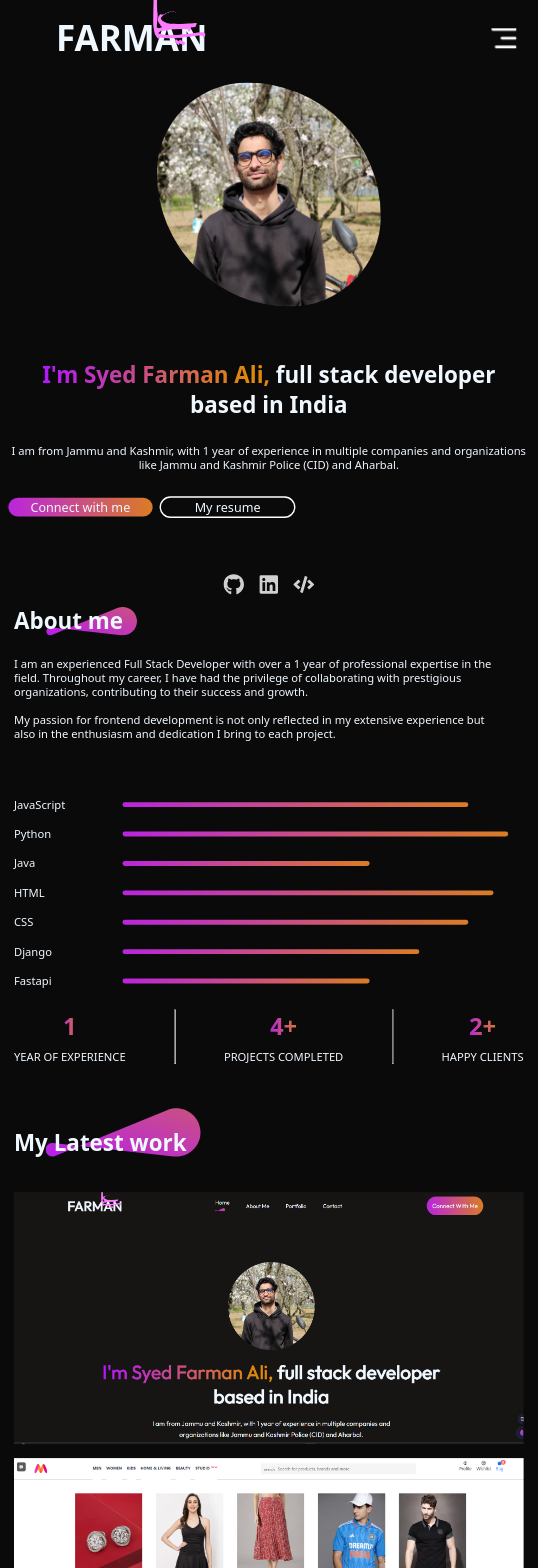
Repository: FARMAN9/portfolio_React
Page: /
These files come from the project's save history. The page is drawn as it stood at one moment and after the next save; the edit follows.
The browser window is 768 px wide. The pictures show the part of the page from y = 0 to 2240 px (the page is 6498 px tall), at 70% of full size.
The project was rebuilt for these pictures with package versions that can differ from the ones it lists, and the page was loaded fresh each time. Also part of the build but not shown: vite.config.js.

Above is the page before, as saved 2024-12-06 18:44:09.

### index.html
<!DOCTYPE html>
<html lang="en">
  <head>
    <meta charset="UTF-8" />
    <link rel="icon" href="\src\assets\farman.png" />
    <meta name="viewport" content="width=device-width, initial-scale=1.0" />
    <title>Portfoilo</title>
    <link rel="preconnect" href="https://fonts.googleapis.com" />
    <link rel="preconnect" href="https://fonts.gstatic.com" crossorigin />
    <link
      href="https://fonts.googleapis.com/css2?family=Outfit&display=swap"
      rel="stylesheet" />
  </head>
  <body>
    <div id="root"></div>

    <script type="module" src="/src/main.jsx"></script>
  </body>
</html>

### src/App.jsx

import NavBar from './Components/Navbar/NavBar'
import Hero from './Components/Hero/Hero'
import About from './Components/About/About'
import MyWork from './Components/MyWork/MyWork'
import Contact from './Components/Contact/Contact'
import Footer from './Components/Footer/Footer'
import React from 'react';

function App() {


  return (
  <>

  <NavBar/>
  <Hero/>
  <About/>
  <MyWork/>
  <Contact/>
  <Footer/>

  </>
  )
}

export default App

### src/index.css

*{
  margin: 0;
  padding: 0;

}
body{
  height: 100vh;

  background: #0a0a0a;
  color: aliceblue;
  font-family: system-ui, -apple-system, BlinkMacSystemFont, 'Segoe UI', Roboto, Oxygen, Ubuntu, Cantarell, 'Open Sans', 'Helvetica Neue', sans-serif;


}

### src/Components/Navbar/NavBar.jsx
import React, { useRef, useState,useEffect } from 'react';
import './Navbar.css';
import ali from '../../assets/ali.png'
import backgound from '../../assets/nav_underline.svg'
import AnchorLink from 'react-anchor-link-smooth-scroll'
import menu_open from '../../assets/menu_open.svg'
import menu_close from '../../assets/menu_close.svg'



function NavBar() {



  const [menu,setMenu]=useState('home')
  const menuRef =useRef();
  const openMenu=()=>{
    menuRef.current.style.right='0'
  }
  const closeMenu=()=>{
    menuRef.current.style.right='-350px'
  }
  return (
    <nav className='navbar'>
      <div className='logo'>
      <AnchorLink className='anchor-link' href='#home'>
      <h1>FARMAN</h1>
      <img src={ali} alt="" />
      </AnchorLink>
      </div>
      <img src={menu_open}  onClick={openMenu} alt="" className='nav-mob-open' />

            <ul ref={menuRef} className='nav-menu'>
            <img src={menu_close} alt="" className='nav-mob-close' onClick={closeMenu}/>
             <li> <AnchorLink className='anchor-link' href='#home'><p onClick={()=>setMenu('home')}>Home</p> </AnchorLink>{menu ==='home' ? <img src ={backgound} alt=''/>:<></> }</li>
             <li><AnchorLink className='anchor-link' offset={50} href='#about'><p onClick={()=>setMenu('about')}>About Me</p></AnchorLink>{menu ==='about' ? <img src ={backgound} alt=''/>:<></> }</li>
             <li><AnchorLink className='anchor-link' offset={50} href='#work'><p onClick={()=>setMenu('work')}>Portfolio</p></AnchorLink>{menu ==='work' ? <img src ={backgound} alt=''/>:<></> }</li>
             <li><AnchorLink className='anchor-link' offset={50} href='#contact'><p onClick={()=>setMenu('contact')}>Contact</p></AnchorLink>{menu ==='contact' ? <img src ={backgound} alt=''/>:<></> }</li>
            </ul>
            <div className="nav-connect"><AnchorLink className='anchor-link' offset={50} href='#contact'>Connect With Me</AnchorLink></div>

    </nav>
  )
}

export default NavBar

### src/Components/Hero/Hero.jsx
import "./Hero.css";
import profile from "../../assets/profile.jpg";
import AnchorLink from "react-anchor-link-smooth-scroll";
import { FaGithub, FaLinkedin, FaCode } from "react-icons/fa";
import React, { useRef, useEffect } from "react";
import gsap from "gsap";
import { ScrollTrigger } from "gsap/ScrollTrigger";

// Register ScrollTrigger plugin
gsap.registerPlugin(ScrollTrigger);

function Hero() {
  return (
    <div id="home" className="hero">
      <img
        // Reference for the image
        src={profile}
        alt="profile"
      />

      <h1>
        <span className="myname">I'm Syed Farman Ali,</span> full stack
        developer based in India
      </h1>
      <p>
        I am from Jammu and Kashmir, with 1 year of experience in multiple
        companies and organizations like Jammu and Kashmir Police (CID) and
        Aharbal.
      </p>
      <div className="hero-action">
        <div className="hero-connect">
          <AnchorLink className="anchor-link" offset={50} href="#contact">
            Connect with me
          </AnchorLink>
        </div>
        <a
          className="hero-resume"
          href="https://rxresu.me/farman9/python-django-developer">
          My resume
        </a>
      </div>
      <div className="hero-socials">
        <a
          href="https://github.com/farman9"
          target="_blank"
          rel="noopener noreferrer">
          <FaGithub size={30} />
        </a>
        <a
          href="https://www.linkedin.com/in/farman9"
          target="_blank"
          rel="noopener noreferrer">
          <FaLinkedin size={30} />
        </a>
        <a
          href="https://leetcode.com/u/saeedfarman9/"
          target="_blank"
          rel="noopener noreferrer">
          <FaCode size={30} />
        </a>
      </div>
    </div>
  );
}

export default Hero;

### src/Components/About/About.jsx
import React from 'react'
import'./About.css'
import bac from '../../assets/bac.svg'
import profile from '../../assets/profile.jpg'


function About() {
  const skills = [
    { name: 'JavaScript', value: 70 },
    { name: 'Python', value: 80 },
    { name: 'Java', value: 50 },
    { name: 'HTML', value: 75 },
    { name: 'CSS', value: 70 },
    { name: 'Django', value: 60 },
    { name: 'Fastapi', value: 50 },

  ];

  return (
    <div id='about' className='about'>

        <div className="about-title">
            <h1>About me</h1>
            <img src={bac} alt="" />
        </div>
        <div className="about-sections">
        <div className="about-left">
        <img src={profile} alt="" />
       </div>
       <div className="about-right">
       <div className="about-para">
        <p>I am an experienced Full Stack Developer with over a 1 year of professional expertise in the field. Throughout my career, I have had the privilege of collaborating with prestigious organizations, contributing to their success and growth.</p>
        <p>My passion for frontend development is not only reflected in my extensive experience but also in the enthusiasm and dedication I bring to each project.</p>
       </div>
       <div className="about-skills">
        {
            skills.map((skill)=><div className="about-skill" key={skill.name}><p>{skill.name}</p><hr style={{width:`${skill.value}%`}} /></div>)
        }

      </div>
        </div>
        </div>
        <div className="about-achievements">
<div className="about-achievement">
<h1>1</h1>
<p>YEAR OF EXPERIENCE</p>
</div>
<hr />
<div className="about-achievement">
<h1>4+</h1>
<p>PROJECTS COMPLETED</p>
</div>
<hr />
<div className="about-achievement">
<h1>2+</h1>
<p>HAPPY CLIENTS</p>
</div>
</div>
    </div>
  )
}

export default About

### src/Components/MyWork/MyWork.jsx
import React, { useImperativeHandle } from "react";
import "./MyWork.css";
import bac from "../../assets/bac.svg";
import soon from "../../assets/coming_soon.gif";
import port_react from "../../assets/projects/portfilo_react.png";
import myntra from "../../assets/projects/mytra.png";
import youtube from "../../assets/projects/yt.png";
import djano_port from "../../assets/projects/django_port.png";
import dpt from "../../assets/projects/dpt.png";
import nws from "../../assets/projects/news.png";
import citycabs from "../../assets/projects/citycabs.png";

function MyWork() {
  const mywork_data = [
    {
      w_no: 1,
      w_name: "portfolio_React",
      w_img: port_react,
      link: "https://github.com/FARMAN9/portfolio_React",
    },
    {
      w_no: 2,
      w_name: "mytra",
      w_img: myntra,
      link: "https://github.com/FARMAN9/myntra-clone-",
    },
    {
      w_no: 3,
      w_name: "youtube",
      w_img: youtube,
      link: "https://github.com/FARMAN9/youtube-clone",
    },
    {
      w_no: 4,
      w_name: "portfoilo_django",
      w_img: djano_port,
      link: "https://github.com/FARMAN9/portfoilo_django",
    },
    {
      w_no: 5,
      w_name: "DPS",
      w_img: dpt,
      link: "https://github.com/FARMAN9/Diabetes-prediction",
    },
    {
      w_no: 6,
      w_name: "oldNews_paper ",
      w_img: nws,
      link: "https://oldnews-paper.vercel.app/",
    },
    {
      w_no: 7,
      w_name: "citycabs",
      w_img: citycabs,
      link: "https://www.citycabs.live/",
    },
    {
      w_no: 8,
      w_name: "soon",
      w_img: soon,
      link: "/",
    },
  ];
  return (
    <div id="work" className="mywork">
      <div className="mywork-title">
        <h1>My Latest work</h1>
        <img src={bac} alt="" />
      </div>

      <div className="mywork-container">
        {mywork_data.map((data, index) => {
          return (
            <div key={index}>
              <p
                className="name"
                style={{ fontSize: "1rem", color: "#333", zIndex: 12 }}>
                {data.name}
              </p>
              <a href={data.link}>
                <img src={data.w_img} alt="" />
              </a>
            </div>
          );
        })}
      </div>
    </div>
  );
}

export default MyWork;

### src/Components/Contact/Contact.jsx
import React from 'react'
import './Contact.css'
import bac from '../../assets/bac.svg'
import call from '../../assets/call.svg'
import mail from '../../assets/mail.svg'
import loc from '../../assets/loc.svg'

const mykey = "fc7158de-ce59-41ff-9c1e-672e25c721db"

function Contact() {
  const [result, setResult] = React.useState("");
  const [alertVisible, setAlertVisible] = React.useState(false);

  const onSubmit = async (event) => {
    event.preventDefault();
    setResult("Sending....");
    const formData = new FormData(event.target);

    formData.append("access_key", mykey);

    const response = await fetch("https://api.web3forms.com/submit", {
      method: "POST",
      body: formData
    });

    const data = await response.json();

    if (data.success) {
      setResult("Email Send Successfully \n Thanks😇");
      setAlertVisible(true);
      event.target.reset();
    } else {
      console.log("Error", data);
      setResult(data.message);
      setAlertVisible(true);
    }
  };

  const closeAlert = () => {
    setAlertVisible(false);
    setResult("");
  };

  return (
    <div id='contact' className='contact'>
      <div className='contact-title'>
        <h1>Get in touch</h1>
        <img src={bac} alt="" />
      </div>
      <div className='contact-section'>
        <div className='contact-left'>
          <h1>Let's talk</h1>
          <p>I'm currently available to take on new projects, so feel free to send me a message about anything that you want me to work on. You can contact anytime.</p>
          <div className="contact-details">
            <div className="contact-detail">
              <img src={mail} alt="" /> <p>saeedfarman9@gmail.com</p>
            </div>
            <div className="contact-detail">
              <img src={call} alt="" /><p>+916005943382</p>
            </div>
            <div className="contact-detail">
              <img src={loc} alt="" /><p>Jammu & Kashmir, India</p>
            </div>
          </div>
        </div>
        <div>
          <form onSubmit={onSubmit} className='contact-right'>
            <label htmlFor=""> Your Name</label>
            <input type="text" placeholder='Enter your name' name='name' />
            <label htmlFor=""> Your Email</label>
            <input type="email" placeholder='Enter your email' name='email' />
            <label htmlFor=""> Write your message here</label>
            <textarea placeholder='Enter your message' rows='8' name='message'></textarea>
            <button className='contact-submit' type='submit'>Submit now</button>
          </form>
        </div>
      </div>

      {alertVisible && (
        <div className="custom-alert">
          <div className="custom-alert-content">
            <p>{result}</p>
            <button onClick={closeAlert}>Close</button>
          </div>
        </div>
      )}
    </div>
  )
}

export default Contact

### src/Components/Footer/Footer.jsx
import React from "react";
import "./Footer.css";
import ali from "../../assets/ali.png";
import AnchorLink from 'react-anchor-link-smooth-scroll'

function Footer() {
  return (
    <div className="footer">
      <div className="footer-top">
        <div className="footer-top-left">
          <div className="logo">
          <AnchorLink className='anchor-link' offset={50} href='#home'>
            <h1>FARMAN</h1>
            <img src={ali} alt="" />
            </AnchorLink>
          </div>

        </div>
        <p>
        I wanted to take a moment to thank you for visiting my portfolio. Your time and interest in my work are truly appreciated.
        If you have any feedback, questions, or opportunities you'd like to discuss, please don't hesitate to reach out. I'm always eager to connect and explore new possibilities.
          </p>
        <div className="footer-top-right">

        </div>

        </div>
        <hr />

        <div className="footer-bottom">
          <p className="footer-bottm-left">
            {" "}
            © 2024 Syed Farman Ali. All rights reserved.{" "}
          </p>

          <div className="footer-bottom-right">
            <p>Term of Services</p>
            <p>Privacy Policy</p>
            <AnchorLink className='anchor-link' offset={50} href='#contact'> <p>Connect with me</p></AnchorLink>
          </div>
        </div>

    </div>
  );
}

export default Footer;

### src/Components/Navbar/Navbar.css
.navbar{
display: flex ;
align-items: center;
justify-content: space-between;
margin: 20px 170px;
}
.nav-menu{
    display: flex;
    align-items: center;
    list-style: none;
    gap:60px;
    font-size: 20px;

}
.nav-connect
{
    padding: 20px;
    border-radius: 50px;
    background: linear-gradient(267deg,#DA7C25 0.36%,#B923E1 102.0% );
    font-size:22px ;
    cursor: pointer;
    transition: 0.5s;

}
.nav-connect:hover
{
   transform: scale(1.05);

}



.logo{
    position: relative;
    }
.logo h1{
    padding: 0px 30px;
    font-size: 50px;
    font-weight: 600%;
    z-index: -1;

    }


.logo img{
    position: absolute;
    bottom:0;
    right: 0;

    width: 150px;
    height: 150px;

}

.anchor-link{
   text-decoration: none;
   color: aliceblue;
}
.nav-mob-close
{
    display: none;
}
.nav-mob-open{
    display: none;
}


@media(max-width:768px) {
    .navbar{
        margin: 20px 50px;
    }
    .nav-connect{
        display: none;
    }
    .nav-mob-open{
        display: block;
        position: fixed;
        right: 30px;
    }
    .nav-mob-close{
        display: block;
        position: relative;
        top: 30px;
        left: 110px;
        width: 30px;


    }
    .nav-menu{
        position: fixed;
        flex-direction: column;
        align-items: center;
        top:0;
        gap:30px;
        background-color: #1f0016;
        width: 350px;
        height: 100%;
        z-index: 2;
        transition: right 0.5s;
        right: -350px;
    }
    .nav-menu li{
        font-size: 30px;

        padding-left: 0;
        flex-direction: row;
        gap:20px;

    }

}

### src/Components/Hero/Hero.css
.hero {
  display: flex;
  flex-direction: column;
  align-items: center;
  gap: 35px;
}
.hero img {
  margin-top: 50px;
  border-radius: 50% 60%;
  width: 20rem;
  height: 20rem;
  position: relative;

  overflow: hidden; /* Hide overflow */

  z-index: 1; /* Make sure the image appears above the border */
  animation: borderchange 10s infinite; /* Animation duration and repetition */
}

/* Animated border wrapper */

/* Animated border effect */

/* Keyframes for border animation */
/* Animated border effect */

/* Keyframes for border animation */
@keyframes borderchange {
  0% {
    border-radius: 20% 40%; /* Initial radius */ /* Initial width */
    border-color: rgba(255, 255, 255, 0.5); /* Initial color */
    /* No scaling */
  }
  25% {
    border-radius: 30% 50%; /* Slightly increase radius */
    border-color: rgba(255, 200, 0, 0.7); /* Change color */
    /* Slightly scale up */
  }
  50% {
    border-radius: 50%; /* Fully rounded */
    border-color: rgba(0, 200, 255, 0.7); /* Another color change */
    border-width: 25px; /* Slightly increase width */ /* Scale up further */
  }
  75% {
    border-radius: 40% 60%; /* Return to less rounded */
    border-color: rgba(255, 0, 150, 0.7); /* Change color again */
    /* Scale back down */
  }
  100% {
    border-radius: 20% 40%; /* Back to initial radius */
    border-width: 20px; /* Back to initial width */
    border-color: rgba(255, 255, 255, 0.5); /* Return to initial color */
    /* Reset scaling */
  }
}

.hero h1 {
  text-align: center;

  font-weight: 600;
  width: 70%;
  font-size: 70px;
}
.hero h1 span {
  background: linear-gradient(270deg, #df8908 10%, #b415ff 100%);
  background-clip: text;
  -webkit-background-clip: text;
  -webkit-text-fill-color: transparent;
}
.hero-socials img {
  width: 30px;
  height: 30px;
  cursor: pointer;
}
.hero p {
  width: 50%;
  text-align: center;
  font-size: 24px;
  line-height: 40px;
}
.hero-action {
  display: flex;
  align-items: center;
  gap: 25px;
  font-size: 24px;
  font-weight: 500;
  margin-bottom: 50px;
}
.hero-connect {
  padding: 25px 45px;
  border-radius: 50px;
  background: linear-gradient(267deg, #da7c25 0.36%, #b923e1 102%);
  cursor: pointer;
}
.hero-resume {
  padding: 25px 75px;
  border-radius: 50px;
  border: 2px solid #fff;
  cursor: pointer;
  color: aliceblue;
  text-decoration: none;
}

.hero-connect:hover {
  border: 2px solid white;
}
.hero-resume:hover {
  border-color: #b415ff;
}
.hero-socials {
  margin-top: 20px;
}

.hero-socials a {
  margin: 0 10px;
  color: #d1d0d0;
  transition: color 0.3s;
}

.hero-socials a:hover {
  color: #b415ff; /* You can change this color to match the theme */
}
@media (max-width: 768px) {
  .hero img {
    margin-top: 10px;
  }
  .hero h1 {
    margin-top: 40px;
    width: 96%;
    font-size: 2rem;
  }
  .hero p {
    width: 97%;
    font-size: 1rem;
    line-height: 20px;
  }
  .hero-action {
    width: 97%;
    gap: 10px;
    font-size: 18px;
    font-weight: 500;
    margin-bottom: 40px;
  }
  .hero-connect {
    padding: 0.1rem 2rem;

    text-align: center;
    border-radius: 50px;
    cursor: pointer;
  }
  .hero-resume {
    padding: 0.1rem 3rem;
    text-align: center;
    border-radius: 30px;
    cursor: pointer;
  }
  .hero-socials {
    margin-top: 5px;
  }
}

### src/Components/About/About.css
.about {
  display: flex;
  flex-direction: column;
  align-items: center;
  justify-content: center;
  gap: 80px;
  margin: 80px 170px;
}

.about-title {
  position: relative;
}
.about-title h1 {
  padding: 0px 30px;
  font-size: 80px;
  font-weight: 600%;
}

.about-title img {
  position: absolute;
  bottom: 0;
  right: 0;
  z-index: -1;
}

.about-sections {
  display: flex;
  gap: 80px;
}

.about-left img {
  width: 25rem;
  height: 25rem;
}
.about-right {
  display: flex;
  flex-direction: column;
  gap: 80px;
}

.about-para {
  display: flex;
  flex-direction: column;
  gap: 20px;
  font-size: 24px;
  font-weight: 500;
}

.about-skills {
  display: flex;
  flex-direction: column;
  gap: 20px;
}

.about-skill {
  display: flex;
  gap: 50px;
  align-items: center;
  transition: 0.3s;
}
.about-skill p {
  min-width: 150px;
  font-size: 24px;
  font-weight: 500;
}
.about-skill hr {
  outline: none;
  border: none;
  width: 50%;
  height: 8px;
  border-radius: 50px;
  background: linear-gradient(267deg, #da7c25 0.36%, #b923e1 102%);
}

.about-achievements {
  display: flex;
  width: 100%;
  justify-content: space-around;
  margin-bottom: 80px;
}

.about-achievement {
  display: flex;
  flex-direction: column;
  align-items: center;
  gap: 10px;
  transition: 0.5s;
}

.about-achievement h1 {
  font-size: 60px;
  font-weight: 700;
  background: linear-gradient(267deg, #da7c25 0.36%, #b923e1 102%);
  background-clip: text;
  -webkit-background-clip: text;
  -webkit-text-fill-color: transparent;
}

.about-achievement p {
  font-size: 22px;
  font-weight: 500;
}
.about-skill:hover {
  transform: scale(1.05);
  transition: 0.3s;
}
.about-achievement:hover {
  transform: scale(1.12);
  transition: 0.5s;
}

@media (max-width: 768px) {
  .about {
    gap: 30px;
    margin: 10px 20px;
    align-items: start;
  }
  .about-title h1 {
    font-size: 2rem;
    padding: 0;
  }
  .about-title img {
    width: 130px;
    right: -20px;
  }

  .about-sections {
    flex-direction: column;
  }
  .about-left {
    display: none;
  }
  .about-para {
    width: 97%;
    font-size: 1rem;
    line-height: 20px;
  }
  .about-skill {
    width: 97%;
    gap: 5px;
    align-items: center;
  }
  .about-skill p {
    font-size: 1rem;
  }
  .about-skill hr {
    height: 7px;
  }
  .about-achievements {
    justify-content: space-between;
  }
  .about-achievement {
    gap: 10px;
  }
  .about-achievement h1 {
    font-size: 34px;
    font-weight: 700;
  }
  .about-achievement p {
    text-align: center;
    font-size: 16px;
  }
}

### src/Components/MyWork/MyWork.css
.mywork {
  display: flex;
  flex-direction: column;
  align-items: center;
  justify-content: center;
  gap: 80px;
  margin: 8px 10px;
}
.mywork-title {
  position: relative;
}
.mywork-title h1 {
  padding: 0px 30px;
  font-size: 80px;
  font-weight: 600%;
}
.mywork-title img {
  position: absolute;
  bottom: 0;
  right: 0;
  z-index: -1;
}

.mywork-container {
  display: grid;
  grid-template-columns: 1fr 1fr 1fr;
  gap: 50px;
}

.mywork-container img {
  box-sizing: border-box;
  width: 500px;
  height: 300px;
  transition: 0.3s;
  cursor: pointer;
}
.mywork-container img:hover {
  transform: scale(1.1);
  border: 4px solid #ff00ff;
  border-radius: 10px;
  transition: 0.3s;
}

@media (max-width: 768px) {
  .mywork {
    gap: 50px;
    margin: 10px 20px;
    align-items: start;
  }
  .mywork-title h1 {
    padding: 0;
    font-size: 2rem;
    font-weight: 600;
  }
  .mywork-title img {
    width: 90%;
    margin-right: -20px;
  }
  .mywork-container {
    grid-template-columns: 1fr;
    gap: 20px;
  }
  .mywork-container img {
    width: 100%;
    height: 100%;
  }
}

### src/Components/Footer/Footer.css
.logo {
  position: relative;
}
.logo h1 {
  padding: 0px 30px;
  font-size: 50px;
  font-weight: 600%;
  z-index: -1;
}
.logo img {
  position: absolute;
  bottom: 0;
  right: 0;
  width: 150px;
  height: 150px;
}

.footer {
  margin: 50px 170px;
  display: flex;
  flex-direction: column;
  gap: 30px;
}
.footer-top {
  display: flex;
  justify-content: space-between;
}
.footer-top-left {
  display: flex;
  align-items: center;
  margin-top: 1rem;
  margin-bottom: 0%;
}
.footer-top-left p {
  font-size: 15px;
  max-width: 500px;
}

.footer-bottom {
  display: flex;
  justify-content: space-between;
  font-size: 18px;
}
.footer-bottom-right {
  display: flex;
  gap: 50px;
  margin-bottom: 50px;
}
@media (max-width: 768px) {
  .footer {
    margin: 10px 20px;
  }
  .footer-top {
    flex-direction: column;
    gap: 50px;
  }
  .footer-bottom {
    display: flex;
    flex-direction: column-reverse;
    margin-bottom: 50px;
  }
}

Loaded but not shown: src/main.jsx (common file); src/Components/Contact/Contact.css (193 lines, source omitted)

After the next save:
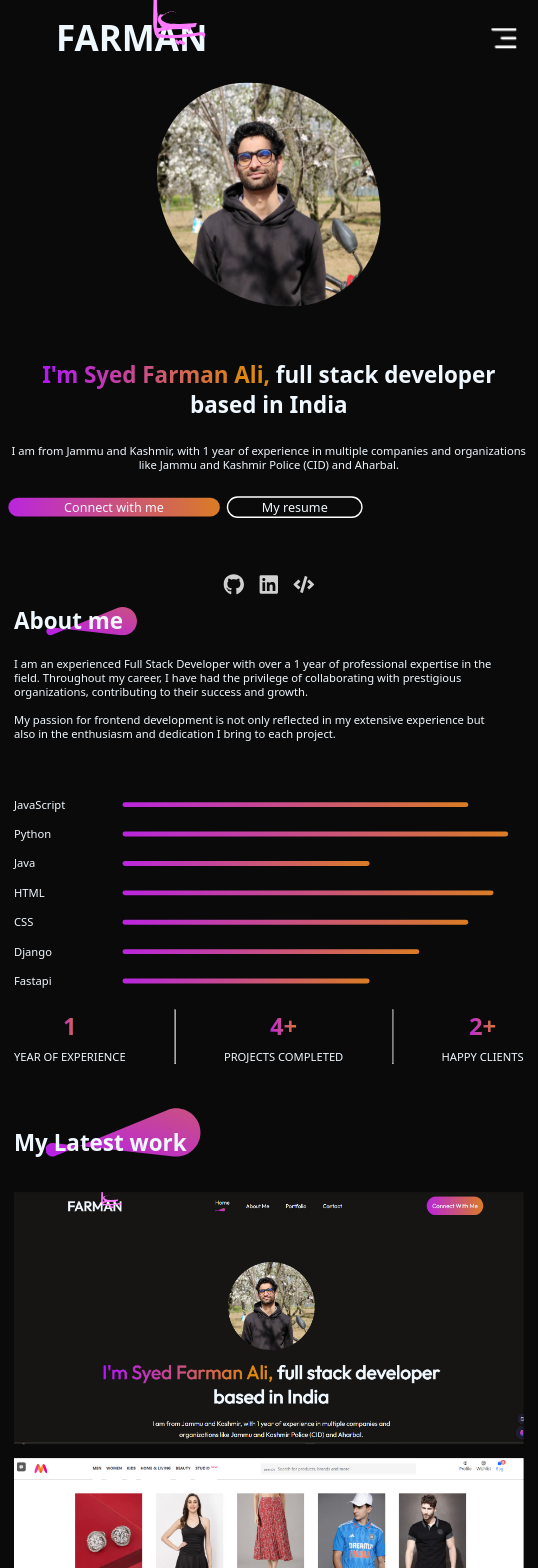
Saved 11 s later.
--- a/src/Components/Hero/Hero.css
+++ b/src/Components/Hero/Hero.css
@@ -142,7 +142,7 @@
     margin-bottom: 40px;
   }
   .hero-connect {
-    padding: 0.1rem 2rem;
+    padding: 0.1rem 5rem;
 
     text-align: center;
     border-radius: 50px;
